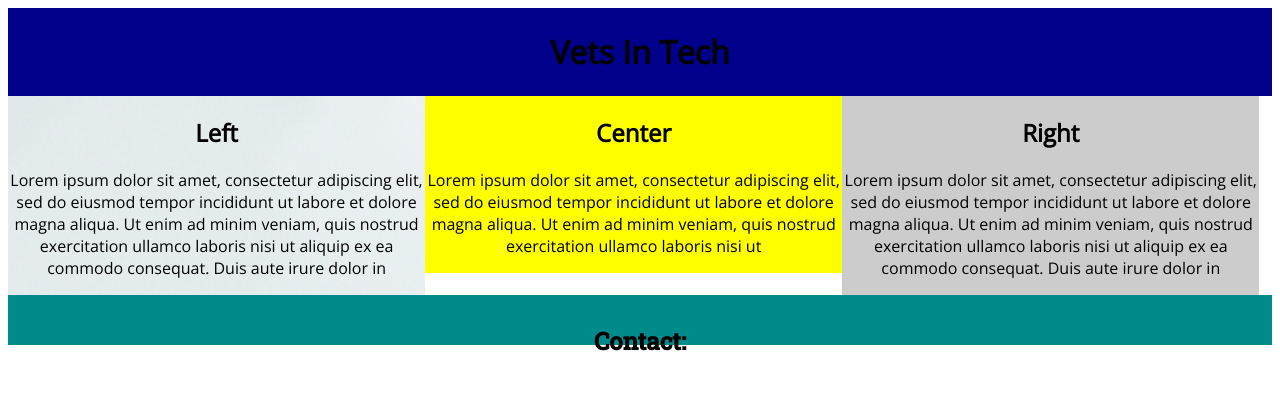
Repository: 3EyEdRav3n/10-2020-cohort-course
Page: week-1/Week-1 Assignment/index.html
The author's editor kept a copy of each file at every save. The page is drawn from the files as they stood at one save, then again after the next save.
The browser window is 1280 px wide. The pictures show the whole page.

Above is the page before, as saved 2020-11-01 20:59:49.

### week-1/Week-1 Assignment/index.html
<!DOCTYPE html>
<html lang="en">
  <head>
    <meta charset="UTF-8" />
    <meta name="viewport" content="width=device-width, initial-scale=1.0" />
    <link rel="stylesheet" href="./styles.css" />
    <link
      href="https://fonts.googleapis.com/css2?family=Open+Sans&display=swap"
      rel="stylesheet"
    />
    <link
      href="https://fonts.googleapis.com/css2?family=Open+Sans&family=Roboto+Slab:wght@500&display=swap"
      rel="stylesheet"
    />

    <title>VetTech</title>
  </head>
  <body>
    <div class="header">
      <h1>Vets In Tech</h1>
    </div>
    <div class="container">
      <div class="left-col">
        <h2>Left</h2>
        <p>
          Lorem ipsum dolor sit amet, consectetur adipiscing elit, sed do
          eiusmod tempor incididunt ut labore et dolore magna aliqua. Ut enim ad
          minim veniam, quis nostrud exercitation ullamco laboris nisi ut
          aliquip ex ea commodo consequat. Duis aute irure dolor in
        </p>
      </div>

      <div class="center-col">
        <h2>Center</h2>
        <p>
          Lorem ipsum dolor sit amet, consectetur adipiscing elit, sed do
          eiusmod tempor incididunt ut labore et dolore magna aliqua. Ut enim ad
          minim veniam, quis nostrud exercitation ullamco laboris nisi ut
        </p>
      </div>
      <div class="right-col">
        <h2>Right</h2>
        <p>
          Lorem ipsum dolor sit amet, consectetur adipiscing elit, sed do
          eiusmod tempor incididunt ut labore et dolore magna aliqua. Ut enim ad
          minim veniam, quis nostrud exercitation ullamco laboris nisi ut
          aliquip ex ea commodo consequat. Duis aute irure dolor in
        </p>
      </div>
    </div>
    <div class="footer">
      <h2>Contact:</h2>
    </div>
  </body>
</html>

### week-1/Week-1 Assignment/styles.css

.header{
        font-family: 'Roboto Slab', serif;
        background-color: darkblue;
        text-align: center;
        padding:1px;

}
.container{
        font-family: 'Open Sans', sans-serif;
}
.left-col{
        background-image: url("/images/lincoln.jpg");
        background-color: #cccccc;
        text-align: center;
        width: 33%;
        float: left;
}
.center-col{
        background-color: yellow;
        text-align: center;
        width: 33%;
        float: left;
}
.right-col{
        background-color: #cccccc;
        width: 33%;
        text-align: center;
        float: left;
}
.footer{
        clear: both;
        font-family: 'Roboto Slab', serif;
        background-color: darkcyan;
        text-align: center;
        height: 50px;
        padding-top: 10px;
        box-sizing: border-box;
}


h1 {
        font-family: 'Open Sans', sans-serif;
}

After the next save:
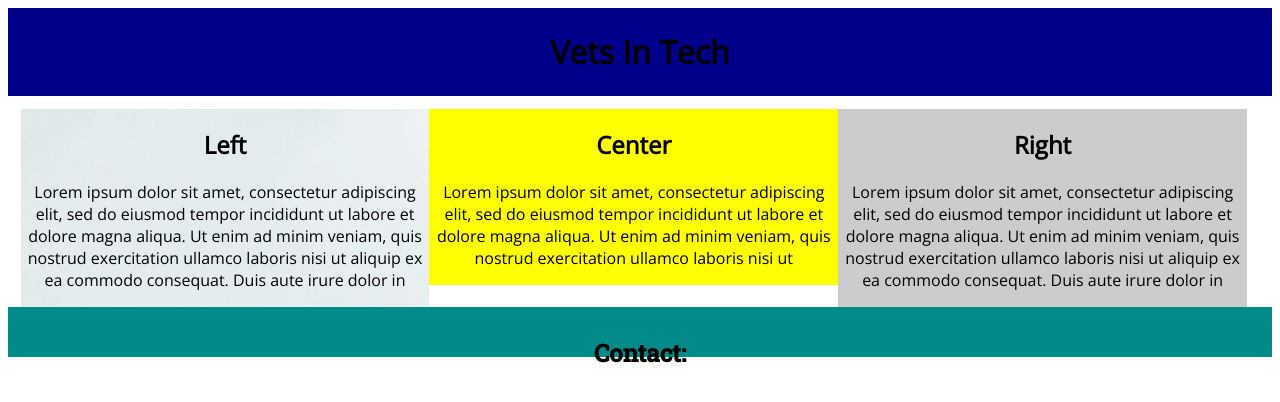
Saved 91 s later.
--- a/week-1/Week-1 Assignment/styles.css
+++ b/week-1/Week-1 Assignment/styles.css
@@ -8,6 +8,8 @@
 }
 .container{
         font-family: 'Open Sans', sans-serif;
+        padding: 1%;
+        box-sizing: border-box;
 }
 .left-col{
         background-image: url("/images/lincoln.jpg");
